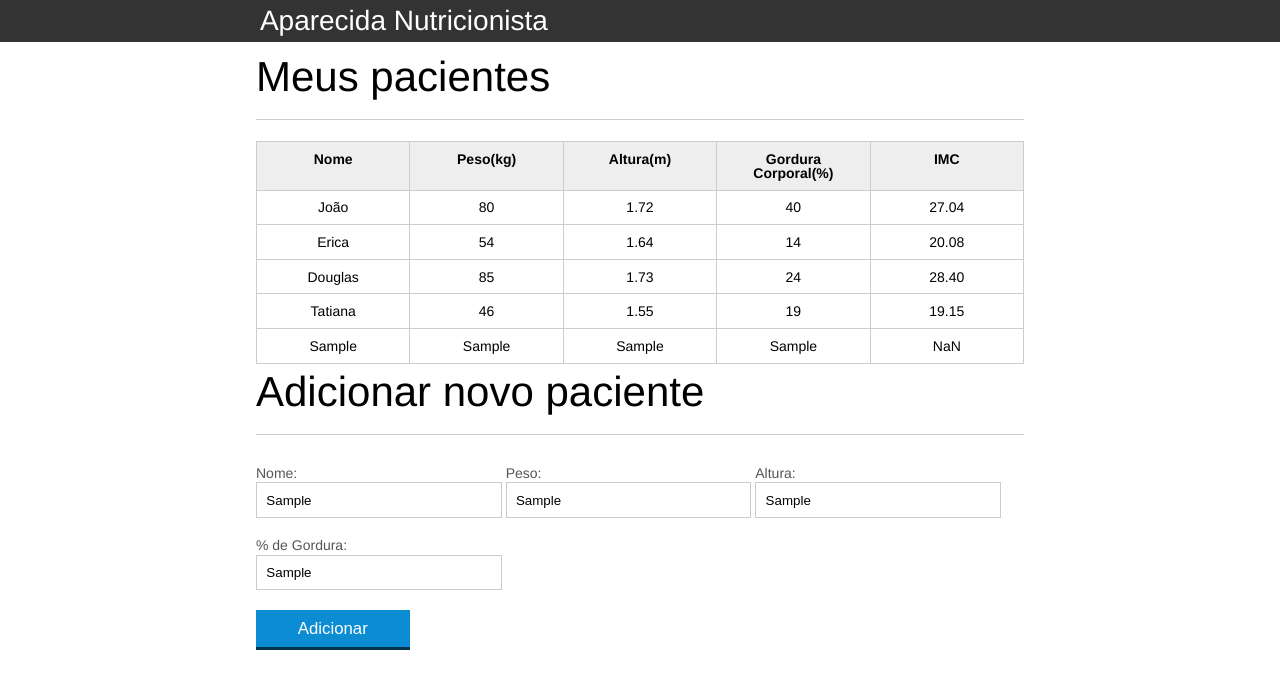
Repository: GabbLps/Controle-de-Clientes-Alura
Page: index.html
These files come from the project's save history. The page is drawn as it stood at one moment and after the next save; the edit follows.
The browser window is 1280 px wide. The pictures show the whole page.
Empty fields were first filled with sample values (such as "Sample", 5 or name@example.com).
After loading, the first visible `#adicionar-paciente` was clicked once.

Above is the page before, as saved 2022-05-09 12:52:34.

After the next save:
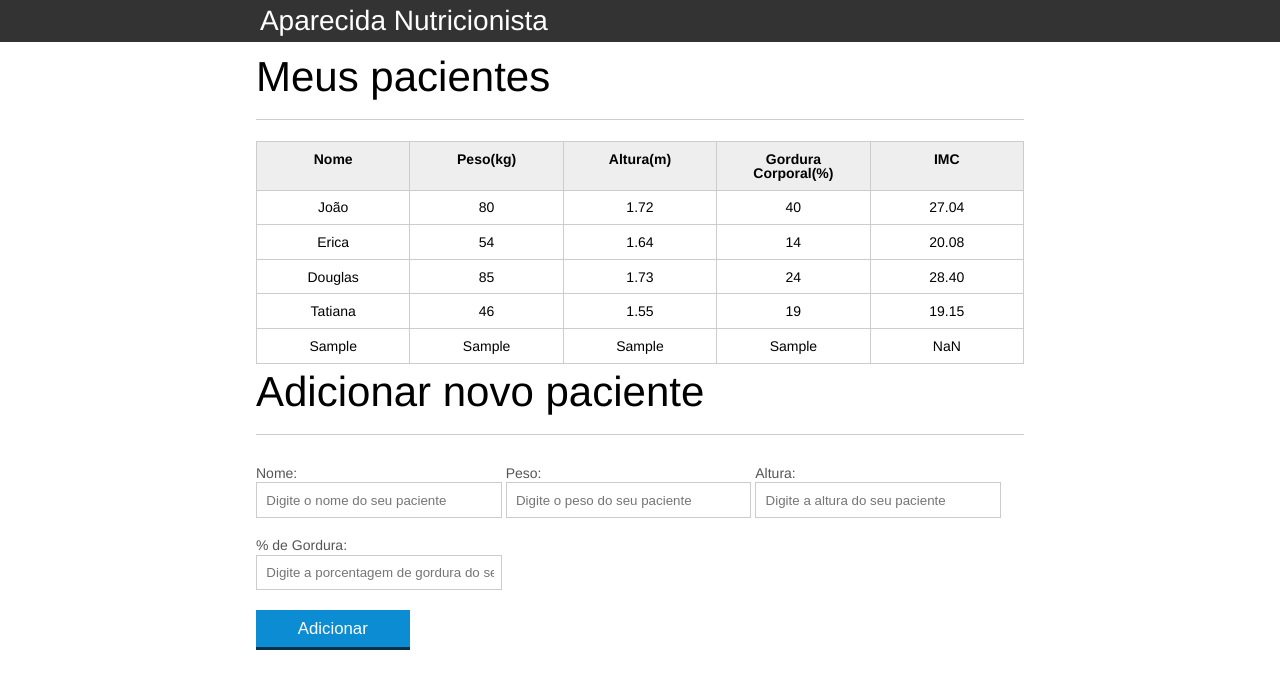
Saved 33 s later.
--- a/js/form.js
+++ b/js/form.js
@@ -11,6 +11,7 @@ botaoAdicionar.addEventListener("click", function(event) {
     var tabela = document.querySelector("#tabela-pacientes");
 
     tabela.appendChild(pacienteTr);
+    form.reset();
 });
 
 function obtemPacienteDoFormulario(form) {
